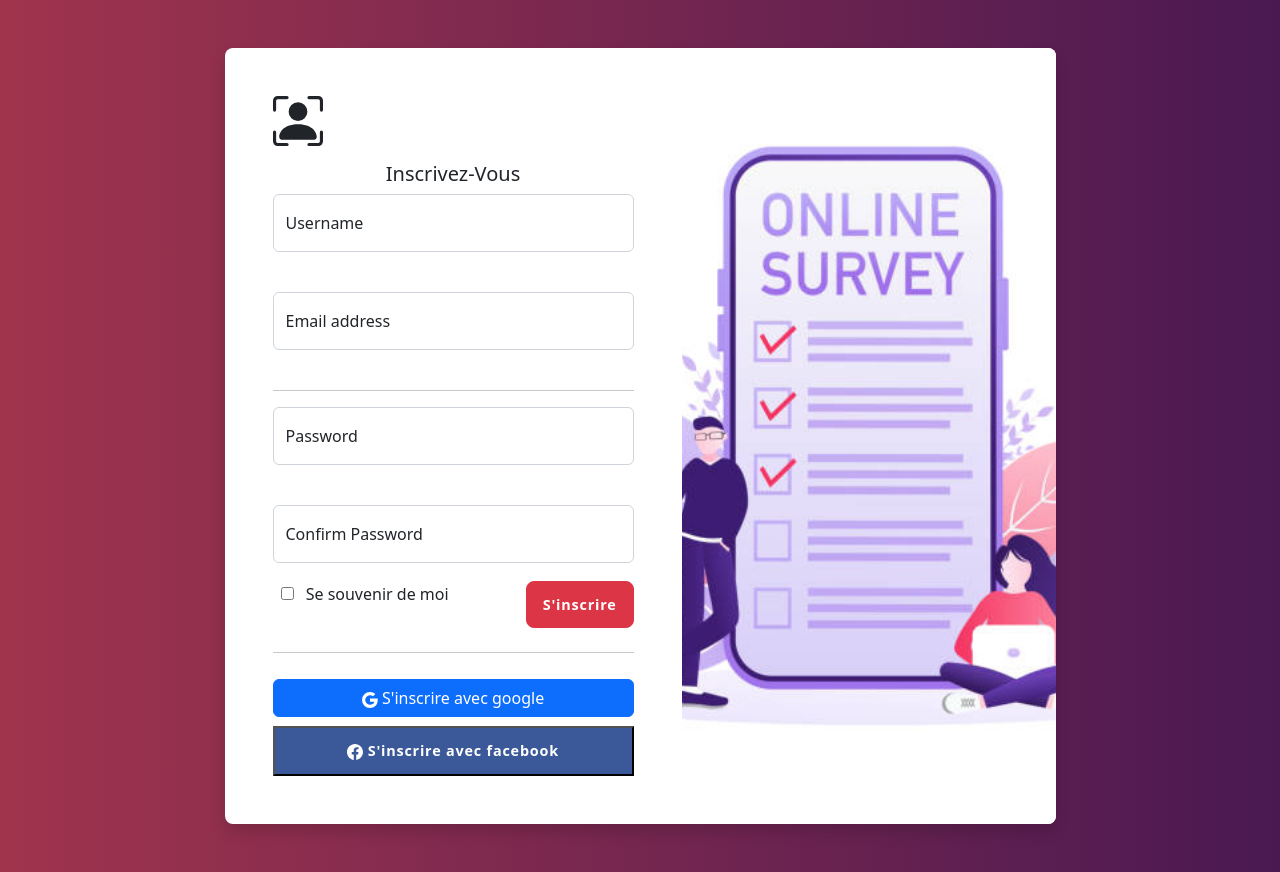
Repository: Djiamil/testsMoustaphaDER
Page: index.html
An editor plug-in stored every save of this project. The page is shown before and after a run of saves, followed by the edit.
The browser window is 1280 px wide. The pictures show the whole page.

Above is the page before, as saved 2022-12-09 00:17:08.

### index.html
<!DOCTYPE html>
<html lang="en">
<head>
    <meta charset="UTF-8">
    <meta http-equiv="X-UA-Compatible" content="IE=edge">
    <meta name="viewport" content="width=device-width, initial-scale=1.0">
    <title>Formulaire d'inscription Futur Digital</title>
    <link rel="stylesheet" href="https://cdn.jsdelivr.net/npm/bootstrap@5.2.3/dist/css/bootstrap.min.css" integrity="sha384-rbsA2VBKQhggwzxH7pPCaAqO46MgnOM80zW1RWuH61DGLwZJEdK2Kadq2F9CUG65" crossorigin="anonymous">
    <link rel="stylesheet" href="style.css">
</head>
<body>
    <div class="container">
        <div class="row">
          <div class="col-lg-10 col-xl-9 mx-auto">
            <div class="card flex-row my-5 border-0 shadow rounded-3 overflow-hidden">
                <div class="card-body p-4 p-sm-5">
                    <div class="d-flex flex-column">
                        <svg xmlns="http://www.w3.org/2000/svg" width="50" height="50" fill="currentColor" class="bi bi-person-bounding-box mb-3" viewBox="0 0 16 16">
                            <path d="M1.5 1a.5.5 0 0 0-.5.5v3a.5.5 0 0 1-1 0v-3A1.5 1.5 0 0 1 1.5 0h3a.5.5 0 0 1 0 1h-3zM11 .5a.5.5 0 0 1 .5-.5h3A1.5 1.5 0 0 1 16 1.5v3a.5.5 0 0 1-1 0v-3a.5.5 0 0 0-.5-.5h-3a.5.5 0 0 1-.5-.5zM.5 11a.5.5 0 0 1 .5.5v3a.5.5 0 0 0 .5.5h3a.5.5 0 0 1 0 1h-3A1.5 1.5 0 0 1 0 14.5v-3a.5.5 0 0 1 .5-.5zm15 0a.5.5 0 0 1 .5.5v3a1.5 1.5 0 0 1-1.5 1.5h-3a.5.5 0 0 1 0-1h3a.5.5 0 0 0 .5-.5v-3a.5.5 0 0 1 .5-.5z"/>
                            <path d="M3 14s-1 0-1-1 1-4 6-4 6 3 6 4-1 1-1 1H3zm8-9a3 3 0 1 1-6 0 3 3 0 0 1 6 0z"/>
                        </svg>
                        <h5 class="card-title text-center fw-light fs-5">Inscrivez-Vous</h5>
                    </div>
                    <form class="form" id="form">

                    <div class="form-floating mb-3">
                        <label for="floatingInputUsername">Username</label>
                        <input type="text" class="form-control" id="username" placeholder="Enter username">
                        <small>Error message</small>
                    </div>

                    <div class="form-floating mb-3">
                        <label for="floatingInputEmail">Email address</label>
                        <input type="text" class="form-control" id="email" placeholder="Enter email">
                        <small>Error message</small>
                    </div>

                    <hr>

                    <div class="form-floating mb-3">
                        <label for="floatingPassword">Password</label>
                        <input type="password" class="form-control" id="password" placeholder="Enter password">
                        <small>Error message</small>
                    </div>

                    <div class="form-floating mb-3">
                        <label for="floatingPasswordConfirm">Confirm Password</label>
                        <input type="password" class="form-control" id="password2" placeholder="Confirm your password">
                    </div>

                    <div class="d-grid mb-2 w-100 d-flex justify-content-between">
                        <div>
                            <input type="checkbox" value="" class="m-2">
                            Se souvenir de moi
                        </div>
                        <button class="btn btn-lg btn-danger btn-login fw-bold  mr-25">S'inscrire</button>
                    </div>

                    <hr class="my-4">

                    <div class="d-grid mb-2">
                        <button class="btn btn-primary" type="submit">
                            <svg xmlns="http://www.w3.org/2000/svg" width="16" height="16" fill="currentColor" class="bi bi-google" viewBox="0 0 16 16">
                                <path d="M15.545 6.558a9.42 9.42 0 0 1 .139 1.626c0 2.434-.87 4.492-2.384 5.885h.002C11.978 15.292 10.158 16 8 16A8 8 0 1 1 8 0a7.689 7.689 0 0 1 5.352 2.082l-2.284 2.284A4.347 4.347 0 0 0 8 3.166c-2.087 0-3.86 1.408-4.492 3.304a4.792 4.792 0 0 0 0 3.063h.003c.635 1.893 2.405 3.301 4.492 3.301 1.078 0 2.004-.276 2.722-.764h-.003a3.702 3.702 0 0 0 1.599-2.431H8v-3.08h7.545z"/>
                              </svg> S'inscrire avec google
                        </button>
                    </div>

                    <div class="d-grid">
                        <button class="btn-facebook btn-login fw-bold " type="submit">
                            <svg xmlns="http://www.w3.org/2000/svg" width="16" height="16" fill="currentColor" class="bi bi-facebook" viewBox="0 0 16 16">
                                <path d="M16 8.049c0-4.446-3.582-8.05-8-8.05C3.58 0-.002 3.603-.002 8.05c0 4.017 2.926 7.347 6.75 7.951v-5.625h-2.03V8.05H6.75V6.275c0-2.017 1.195-3.131 3.022-3.131.876 0 1.791.157 1.791.157v1.98h-1.009c-.993 0-1.303.621-1.303 1.258v1.51h2.218l-.354 2.326H9.25V16c3.824-.604 6.75-3.934 6.75-7.951z"/>
                            </svg>
                            S'inscrire avec facebook
                        </button>
                    </div>
                    </form>
                </div>
                <div class="card-img-left d-none d-md-flex">
                    <!-- Background image for card set in CSS! -->
                  </div>
            </div>
        </div>
    </div>
<script src="https://cdn.jsdelivr.net/npm/bootstrap@5.2.3/dist/js/bootstrap.min.js" integrity="sha384-cuYeSxntonz0PPNlHhBs68uyIAVpIIOZZ5JqeqvYYIcEL727kskC66kF92t6Xl2V" crossorigin="anonymous"></script>
<script src="script.js"></script>
</body>
</html>

### style.css
@import url('https://fonts.googleapis.com/css2?family=Open+Sans:wght@300&display=swap');
:root{
  --success-color: #2ecc71;
  --error-color: #e74c3c;
}
body {
    background: #a0344d;
    background: linear-gradient(to right, #a0344d, #4a1952);
  }

  .card-img-left {
    width: 45%;
    /* Link to your background image using in the property below! */
    background: scroll center url('./image/ins.jpg');
    background-size: cover;
  }

  .btn-login {
    font-size: 0.9rem;
    letter-spacing: 0.05rem;
    padding: 0.75rem 1rem;
  }

  .btn-google {
    color: white !important;
    background-color: #ea4335;
  }

  .btn-facebook {
    color: white !important;
    background-color: #3b5998;
  }
  .form-floating input:focus{
    outline: 0;
    border-color: #777;
}

.form-floating.success input{
    border-color: var(--success-color);
    margin: 2rem;
}

.form-floating.error input{
    border-color: var(--error-color);
}

  .form-floating small{
    color: var(--error-color);
    bottom: 0;
    left: 0;
    visibility: hidden;
}

.form-floating.error small{
    visibility: visible;
}
button{
  position:relative;
  margin-top: 0.1rem;
}

### script.js
const form = document.getElementById('form');
const username = document.getElementById('username');
const email = document.getElementById('email');
const password = document.getElementById('password');
const password2 = document.getElementById('password2');


function showError(input, message) {//Afficher les messages d'erreur
    const formControl = input.parentElement;
    formControl.className = 'form-floating error';
    const small = formControl.querySelector('small');
    small.innerText = message;
}

function showSuccess(input) {
    const formControl = input.parentElement;
    formControl.className = 'form-floating success';
}

function checkEmail(input) {//Tester si l'email est valide :  javascript : valid email
    const re = /^(([^<>()\[\]\\.,;:\s@"]+(\.[^<>()\[\]\\.,;:\s@"]+)*)|(".+"))@((\[[0-9]{1,3}\.[0-9]{1,3}\.[0-9]{1,3}\.[0-9]{1,3}\])|(([a-zA-Z\-0-9]+\.)+[a-zA-Z]{2,}))$/;

    if (re.test(input.value.trim().toLowerCase())) {
        showSuccess(input);
    } else {
        showError(input,`Email is not valid!`);
    }
}

function checkRequired(inputArray) {// Tester si les champs ne sont pas vides
    inputArray.forEach(input => {
        if (input.value.trim() === '') {
            showError(input,`${getFieldName(input)} is required`);
        }else{
            showSuccess(input);
        }
    });
}

//
function getFieldName(input) {//Retour le nom de chaque input en se basant sur son id
    return input.id.charAt(0).toUpperCase() + input.id.slice(1);
}
//

//
function checkLength(input, min, max) {//Tester la longueur de la valeur  d'un input
    if(input.value.length < min){
        showError(input, `${getFieldName(input)} must be at least ${min} characters!`)
    }else if(input.value.length > max){
        showError(input, `${getFieldName(input)} must be less than ${max} characters !`);
    }else{
        showSuccess(input);
    }
}
//
function checkPasswordMatch(input1, input2) {//Verifie la conformité des password
    if (input1.value !== input2.value) {
        showError(input2, 'Passwords do not match!');
    }
}

form.addEventListener('submit',function(e){
    e.preventDefault();//Bloquer la soumission du formulaire


    checkRequired([username, email, password, password2]);
    //
    checkLength(username, 3, 15);
    checkLength(password, 6, 25);
    checkEmail(email);
    checkPasswordMatch(password,password2);


    /*
    function isValidEmail(email) {//Tester si l'email est valide
    const re = /^(([^<>()\[\]\\.,;:\s@"]+(\.[^<>()\[\]\\.,;:\s@"]+)*)|(".+"))@((\[[0-9]{1,3}\.[0-9]{1,3}\.[0-9]{1,3}\.[0-9]{1,3}\])|(([a-zA-Z\-0-9]+\.)+[a-zA-Z]{2,}))$/;
    return re.test(String(email).toLowerCase());
}
*/
});

After the next 2 saves:
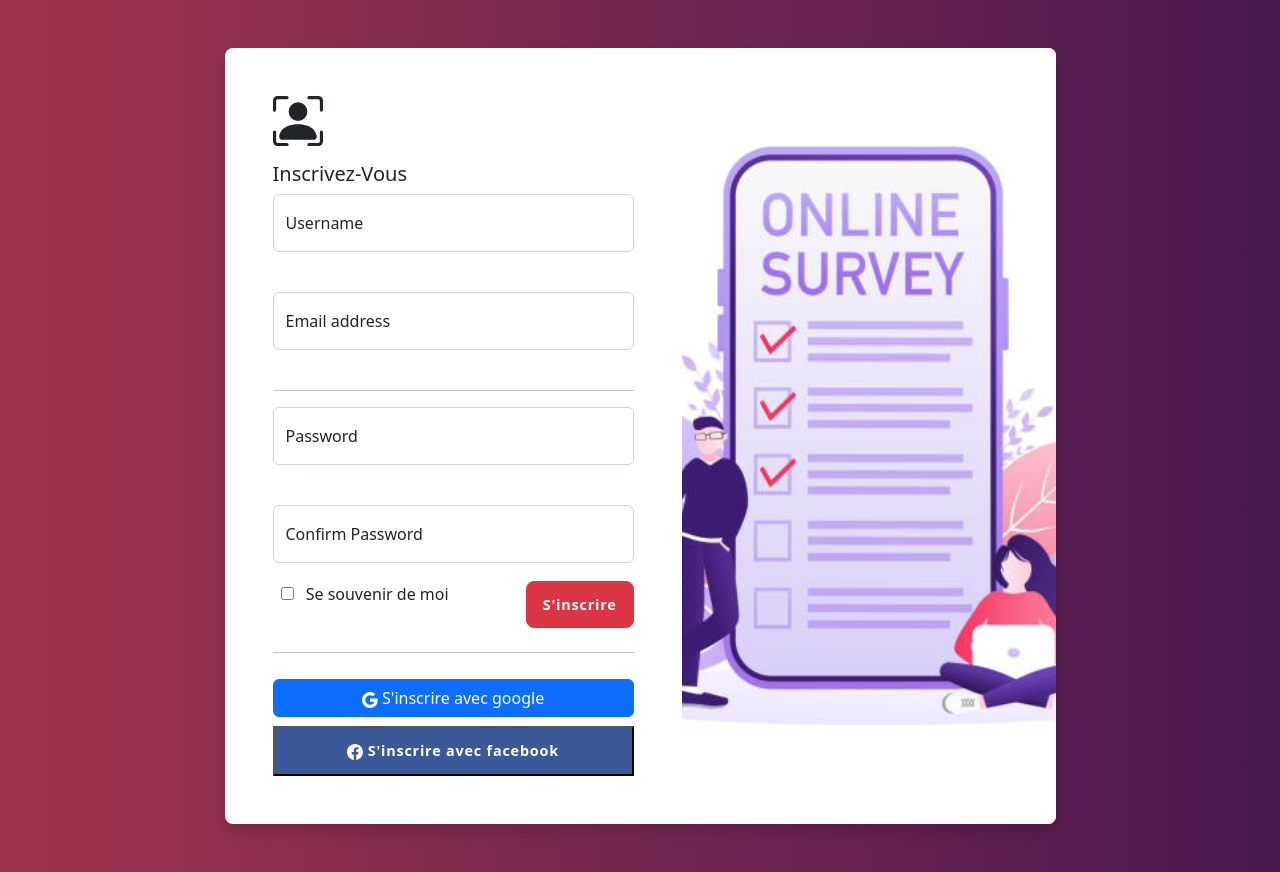
The 2 saves are shown as one change because they came seconds apart.
The last was saved 8 s later.
--- a/index.html
+++ b/index.html
@@ -19,7 +19,7 @@
                             <path d="M1.5 1a.5.5 0 0 0-.5.5v3a.5.5 0 0 1-1 0v-3A1.5 1.5 0 0 1 1.5 0h3a.5.5 0 0 1 0 1h-3zM11 .5a.5.5 0 0 1 .5-.5h3A1.5 1.5 0 0 1 16 1.5v3a.5.5 0 0 1-1 0v-3a.5.5 0 0 0-.5-.5h-3a.5.5 0 0 1-.5-.5zM.5 11a.5.5 0 0 1 .5.5v3a.5.5 0 0 0 .5.5h3a.5.5 0 0 1 0 1h-3A1.5 1.5 0 0 1 0 14.5v-3a.5.5 0 0 1 .5-.5zm15 0a.5.5 0 0 1 .5.5v3a1.5 1.5 0 0 1-1.5 1.5h-3a.5.5 0 0 1 0-1h3a.5.5 0 0 0 .5-.5v-3a.5.5 0 0 1 .5-.5z"/>
                             <path d="M3 14s-1 0-1-1 1-4 6-4 6 3 6 4-1 1-1 1H3zm8-9a3 3 0 1 1-6 0 3 3 0 0 1 6 0z"/>
                         </svg>
-                        <h5 class="card-title text-center fw-light fs-5">Inscrivez-Vous</h5>
+                        <h5 class="card-title fw-light fs-5">Inscrivez-Vous</h5>
                     </div>
                     <form class="form" id="form">
 
